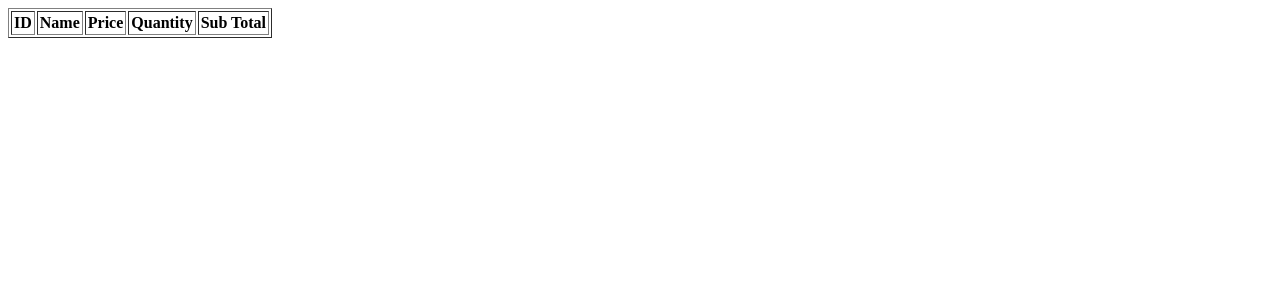
Repository: xzou4/CS221b
Page: http://localhost/fablix/shoppingcart.jsp
The author's editor kept a copy of each file at every save. The page is drawn from the files as they stood at one save, then again after the next save.
The browser window is 1280 px wide. The pictures show the whole page.
The page is served by Tomcat 9. Other server files are loaded and not shown.

Above is the page before, as saved 2017-02-14 17:23:44.

### fablix/WebContent/shoppingcart.jsp
<%@ page language="java" contentType="text/html; charset=UTF-8"
    pageEncoding="UTF-8"%>

<%@ taglib prefix = "c" uri="http://java.sun.com/jsp/jstl/core"%>
<!DOCTYPE html PUBLIC "-//W3C//DTD HTML 4.01 Transitional//EN" "http://www.w3.org/TR/html4/loose.dtd">
<html>
<head>
<meta http-equiv="Content-Type" content="text/html; charset=UTF-8">
<title>Shopping Cart</title>
</head>
<body>

<table cellpadding="2" cellspacing="2" border="1">
	<tr>
		<th>ID</th>
		<th>Name</th>
		<th>Price</th>
		<th>Quantity</th>
		<th>Sub Total</th>
	</tr>
	<c:forEach var="it" items="${sessionScope.cart }">
		<tr>
			<td align="center">Delete</td>
			<td>${it.id }</td>
			<td>${it.id }</td>
			<td>${it.id }</td>
			<td>${it.quantity }</td>
			<td>${it.price * it.quantity}</td>
		</tr>
	</c:forEach>
</table>

</body>
</html>

After the next save:
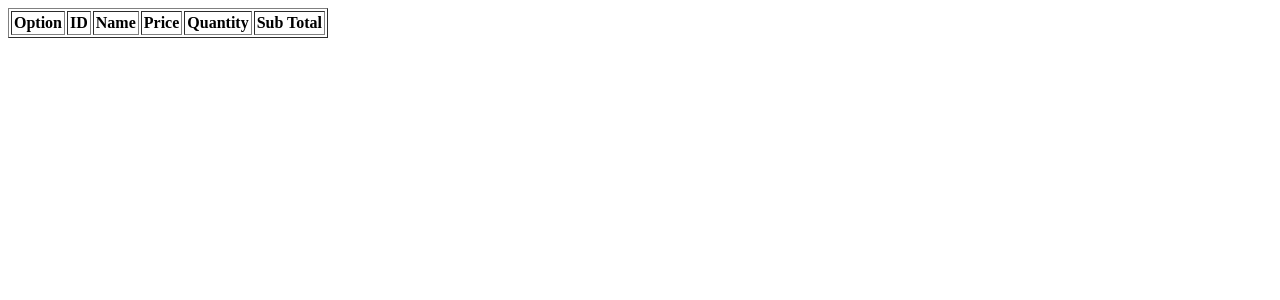
Saved 119 s later.
--- a/fablix/WebContent/shoppingcart.jsp
+++ b/fablix/WebContent/shoppingcart.jsp
@@ -12,6 +12,7 @@
 
 <table cellpadding="2" cellspacing="2" border="1">
 	<tr>
+		<th>Option</th>
 		<th>ID</th>
 		<th>Name</th>
 		<th>Price</th>
